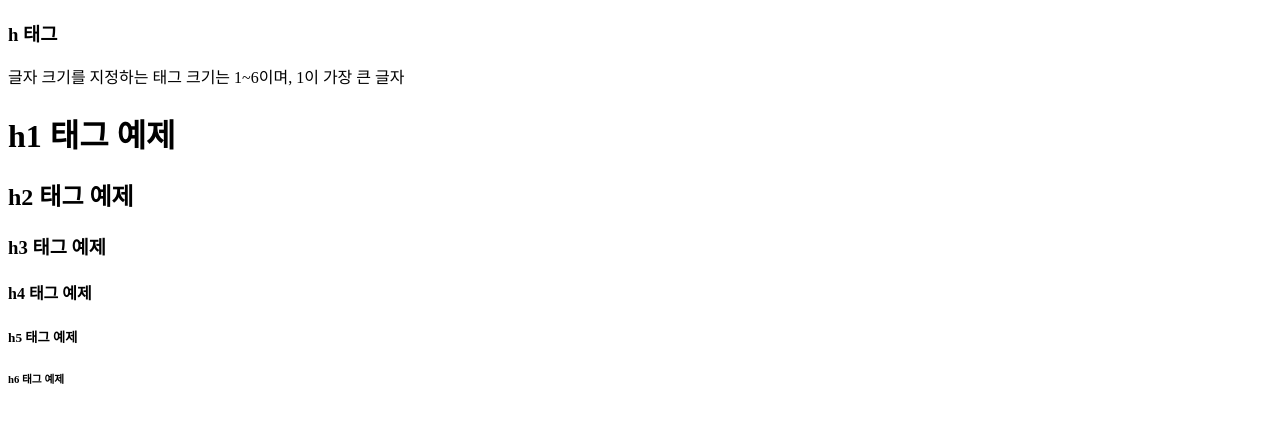
Repository: JiYoon0712/HTML_CSS_javascript
Page: work/study/src/main/webapp/htmlEx/ch02/ex02_h.html
An editor plug-in stored every save of this project. The page is shown before and after the next save, followed by the edit.
The browser window is 1280 px wide. The pictures show the whole page.

Above is the page before, as saved 2023-04-03 01:48:03.

After the next save:
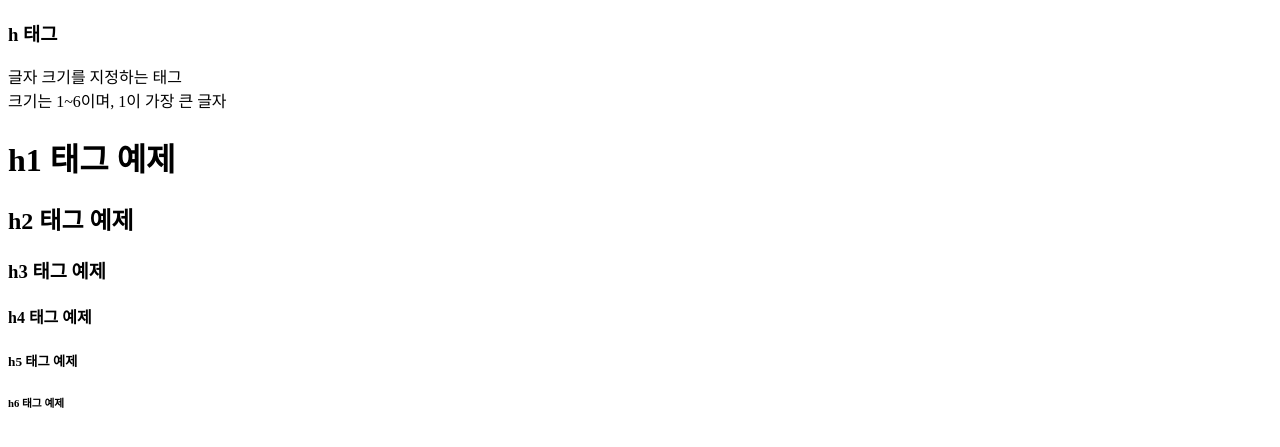
Saved 29 s later.
--- a/work/study/src/main/webapp/htmlEx/ch02/ex02_h.html
+++ b/work/study/src/main/webapp/htmlEx/ch02/ex02_h.html
@@ -8,7 +8,7 @@
 
 <h3> h 태그 </h3>
 <p>
-	 글자 크기를 지정하는 태그
+	 글자 크기를 지정하는 태그<br>
 	 크기는 1~6이며, 1이 가장 큰 글자
 </p>
 
